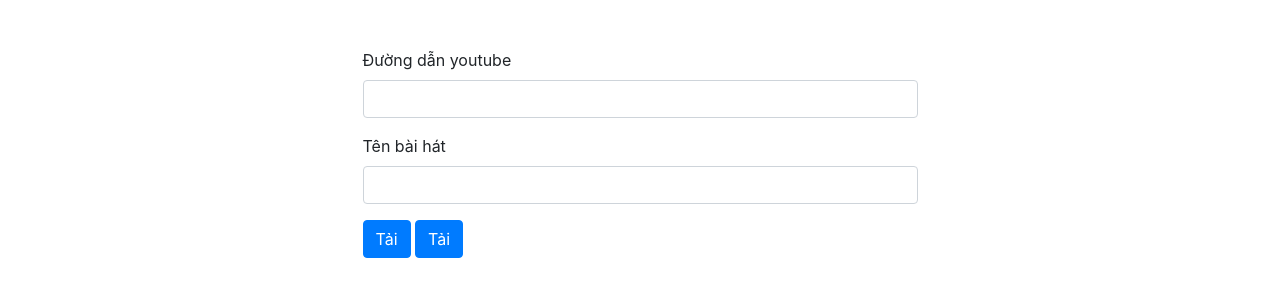
Repository: phamvuhung2710/sound-express
Page: http://localhost/download
The author's editor kept a copy of each file at every save. The page is drawn from the files as they stood at one save, then again after the next save.
The browser window is 1280 px wide. The pictures show the whole page.
The page is served by the project's Node server (server.js).

Above is the page before, as saved 2022-08-04 22:23:12.

### views/download.ejs
<!DOCTYPE html>
<html lang="en">
  <head>
    <meta charset="UTF-8" />
    <meta http-equiv="X-UA-Compatible" content="IE=edge" />
    <meta name="viewport" content="width=device-width, initial-scale=1.0" />
    <title>LongK</title>
    <link
      rel="stylesheet"
      href="https://cdn.jsdelivr.net/npm/bootstrap@4.3.1/dist/css/bootstrap.min.css"
      integrity="sha384-ggOyR0iXCbMQv3Xipma34MD+dH/1fQ784/j6cY/iJTQUOhcWr7x9JvoRxT2MZw1T"
      crossorigin="anonymous"
    />
  </head>
  <body>
    <div class="container">
      <form
        method="post"
        action="/download"
        class="mt-5 mx-auto"
        style="width: 50%"
      >
        <div class="form-group">
          <label for="pathMusic">Đường dẫn youtube</label>
          <input
            type="text"
            class="form-control"
            id="pathMusic"
            name="pathMusic"
          />
        </div>
        <div class="form-group">
          <label for="nameMusic">Tên bài hát</label>
          <input
            type="text"
            class="form-control"
            id="nameMusic"
            name="nameMusic"
          />
        </div>
        <button type="submit" class="btn btn-primary">Tải</button>
        <a href="/" class="btn btn-primary">Tải</a>
      </form>
    </div>

    <script
      src="https://code.jquery.com/jquery-3.3.1.slim.min.js"
      integrity="sha384-q8i/X+965DzO0rT7abK41JStQIAqVgRVzpbzo5smXKp4YfRvH+8abtTE1Pi6jizo"
      crossorigin="anonymous"
    ></script>
    <script
      src="https://cdn.jsdelivr.net/npm/popper.js@1.14.7/dist/umd/popper.min.js"
      integrity="sha384-UO2eT0CpHqdSJQ6hJty5KVphtPhzWj9WO1clHTMGa3JDZwrnQq4sF86dIHNDz0W1"
      crossorigin="anonymous"
    ></script>
    <script
      src="https://cdn.jsdelivr.net/npm/bootstrap@4.3.1/dist/js/bootstrap.min.js"
      integrity="sha384-JjSmVgyd0p3pXB1rRibZUAYoIIy6OrQ6VrjIEaFf/nJGzIxFDsf4x0xIM+B07jRM"
      crossorigin="anonymous"
    ></script>
  </body>
</html>

### server.js
const express = require('express')
const util = require('util')
const app = express()
var bodyParser = require('body-parser')
const YoutubeMp3Downloader = require('youtube-mp3-downloader')

const path = require('path')
const fs = require('fs')
const readdir = util.promisify(fs.readdir)

const directoryPath = path.join(__dirname, 'public')

// parse application/x-www-form-urlencoded
app.use(bodyParser.urlencoded({ extended: false }))

// parse application/json
app.use(bodyParser.json())
app.use(express.json())

app.set('view engine', 'ejs')
app.use(express.static('public'))

app.get('/', async (req, res) => {
  const listMusic = await readdir(directoryPath)
  res.render('index', { listMusic })
})

app.post('/', (req, res) => {
  res.send('OK')
})

app.get('/download', (req, res) => {
  res.render('download')
})

app.post('/delete', (req, res) => {
  fs.unlink(`./public/${req.body.name}`, (err) => {
    if (err) throw err //handle your error the way you want to;
    console.log('path/file.txt was deleted') //or else the file will be deleted
  })
  res.send('Xoá thành công')
})

app.post('/download/', (req, res) => {
  let { pathMusic, nameMusic } = req.body
  pathMusic = pathMusic.replace('https://www.youtube.com/watch?v=', '').trim()
  nameMusic = nameMusic.toLowerCase()
  nameMusic = removeVietnameseTones(nameMusic)
  nameMusic = nameMusic.replace(' ', '-').trim()
  console.log('pathMusic: ', pathMusic)
  console.log('nameMusic: ', nameMusic)
  // var YD = new YoutubeMp3Downloader({
  //   ffmpegPath: './ffmpeg/bin/ffmpeg.exe', // FFmpeg binary location
  //   outputPath: './public', // Output file location (default: the home directory)
  //   youtubeVideoQuality: 'highestaudio', // Desired video quality (default: highestaudio)
  //   queueParallelism: 2, // Download parallelism (default: 1)
  //   progressTimeout: 2000, // Interval in ms for the progress reports (default: 1000)
  //   allowWebm: false // Enable download from WebM sources (default: false)
  // })

  // //Download video and save as MP3 file
  // YD.download('lXx-kdlxL48', '2.mp3')

  // YD.on('finished', function (err, data) {
  //   res.send('Thành công')
  // })

  // YD.on('error', function (error) {
  //   console.log('error: ', error)
  // })

  // YD.on('progress', function (progress) {
  //   console.log(JSON.stringify(progress))
  // })
})

app.listen(3000, () => {
  console.log(`Server started running`)
})

function removeVietnameseTones(str) {
  str = str.replace(/à|á|ạ|ả|ã|â|ầ|ấ|ậ|ẩ|ẫ|ă|ằ|ắ|ặ|ẳ|ẵ/g, 'a')
  str = str.replace(/è|é|ẹ|ẻ|ẽ|ê|ề|ế|ệ|ể|ễ/g, 'e')
  str = str.replace(/ì|í|ị|ỉ|ĩ/g, 'i')
  str = str.replace(/ò|ó|ọ|ỏ|õ|ô|ồ|ố|ộ|ổ|ỗ|ơ|ờ|ớ|ợ|ở|ỡ/g, 'o')
  str = str.replace(/ù|ú|ụ|ủ|ũ|ư|ừ|ứ|ự|ử|ữ/g, 'u')
  str = str.replace(/ỳ|ý|ỵ|ỷ|ỹ/g, 'y')
  str = str.replace(/đ/g, 'd')
  str = str.replace(/À|Á|Ạ|Ả|Ã|Â|Ầ|Ấ|Ậ|Ẩ|Ẫ|Ă|Ằ|Ắ|Ặ|Ẳ|Ẵ/g, 'A')
  str = str.replace(/È|É|Ẹ|Ẻ|Ẽ|Ê|Ề|Ế|Ệ|Ể|Ễ/g, 'E')
  str = str.replace(/Ì|Í|Ị|Ỉ|Ĩ/g, 'I')
  str = str.replace(/Ò|Ó|Ọ|Ỏ|Õ|Ô|Ồ|Ố|Ộ|Ổ|Ỗ|Ơ|Ờ|Ớ|Ợ|Ở|Ỡ/g, 'O')
  str = str.replace(/Ù|Ú|Ụ|Ủ|Ũ|Ư|Ừ|Ứ|Ự|Ử|Ữ/g, 'U')
  str = str.replace(/Ỳ|Ý|Ỵ|Ỷ|Ỹ/g, 'Y')
  str = str.replace(/Đ/g, 'D')
  // Some system encode vietnamese combining accent as individual utf-8 characters
  // Một vài bộ encode coi các dấu mũ, dấu chữ như một kí tự riêng biệt nên thêm hai dòng này
  str = str.replace(/\u0300|\u0301|\u0303|\u0309|\u0323/g, '') // ̀ ́ ̃ ̉ ̣  huyền, sắc, ngã, hỏi, nặng
  str = str.replace(/\u02C6|\u0306|\u031B/g, '') // ˆ ̆ ̛  Â, Ê, Ă, Ơ, Ư
  // Remove extra spaces
  // Bỏ các khoảng trắng liền nhau
  str = str.replace(/ + /g, ' ')
  str = str.trim()
  // Remove punctuations
  // Bỏ dấu câu, kí tự đặc biệt
  str = str.replace(
    /!|@|%|\^|\*|\(|\)|\+|\=|\<|\>|\?|\/|,|\.|\:|\;|\'|\"|\&|\#|\[|\]|~|\$|_|`|-|{|}|\||\\/g,
    ' '
  )
  return str
}

After the next save:
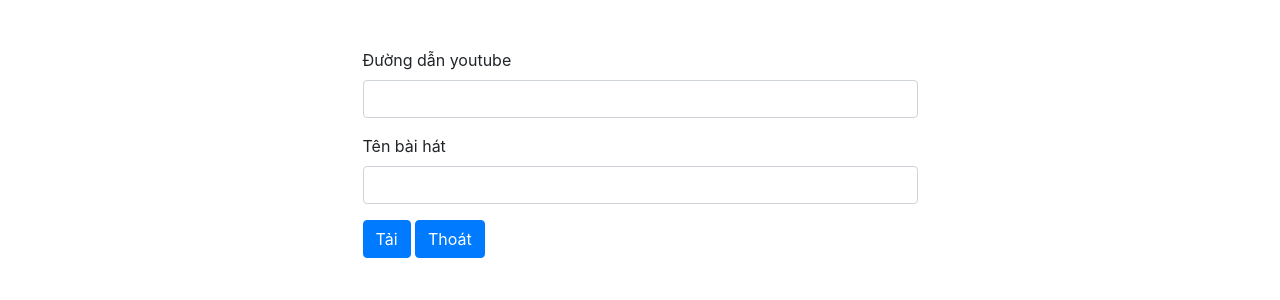
Saved 7 s later.
--- a/views/download.ejs
+++ b/views/download.ejs
@@ -39,7 +39,7 @@
           />
         </div>
         <button type="submit" class="btn btn-primary">Tải</button>
-        <a href="/" class="btn btn-primary">Tải</a>
+        <a href="/" class="btn btn-primary">Thoát</a>
       </form>
     </div>
 
